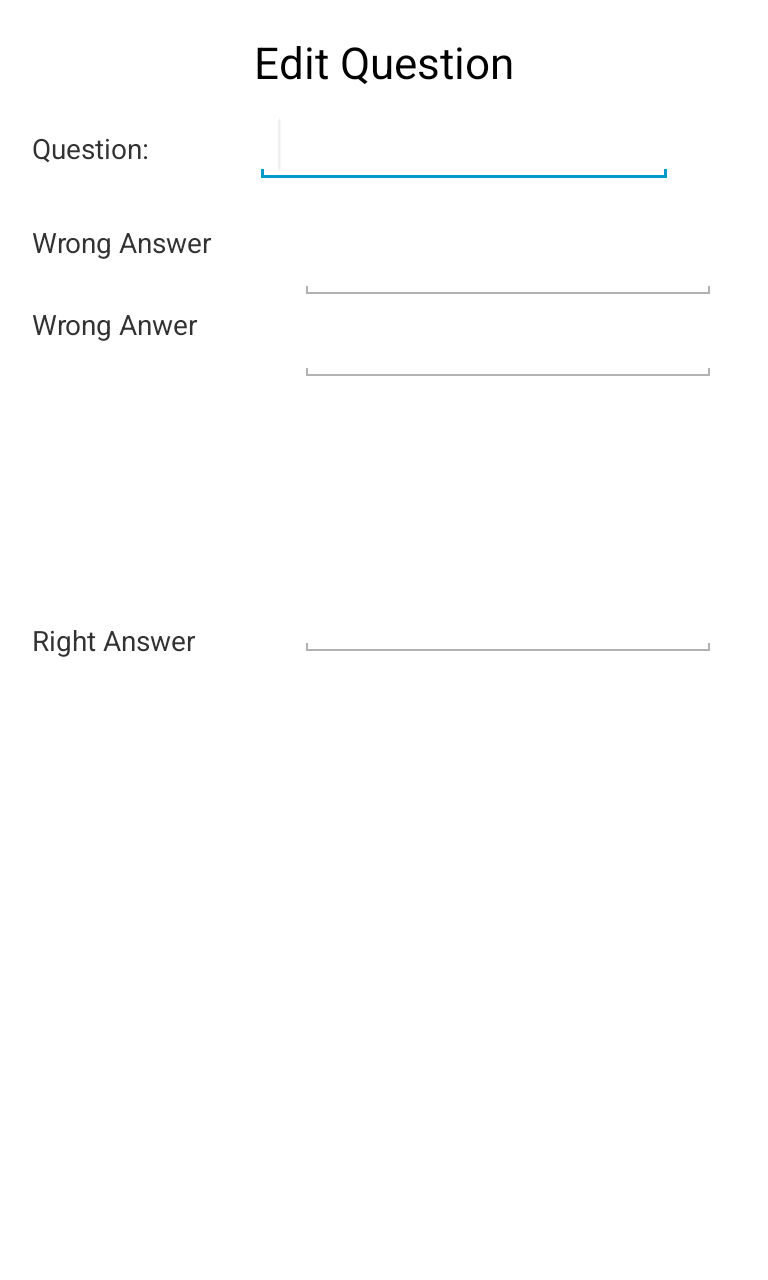
Repository: Sharkeysps/AndroidProjects
Layout: AndroidQuiz/Quiz/res/layout/activity_edit_question.xml
These files come from the project's save history. The layout is drawn as it stood at one moment and after the next save; the edit follows.
It is drawn on a 768 x 1280 px phone screen (xhdpi) without system bars, with theme AppTheme; the app's code is not run.

Above is the layout before, as saved 2014-01-31 22:42:12.

### AndroidQuiz/Quiz/res/layout/activity_edit_question.xml
<RelativeLayout xmlns:android="http://schemas.android.com/apk/res/android"
    xmlns:tools="http://schemas.android.com/tools"
    android:layout_width="match_parent"
    android:layout_height="match_parent"
    android:paddingBottom="@dimen/activity_vertical_margin"
    android:paddingLeft="@dimen/activity_horizontal_margin"
    android:paddingRight="@dimen/activity_horizontal_margin"
    android:paddingTop="@dimen/activity_vertical_margin"
    tools:context=".EditQuestion" >

    <TextView
        android:id="@+id/textView1"
        android:layout_width="wrap_content"
        android:layout_height="wrap_content"
        android:layout_centerHorizontal="true"
        android:text="Edit Question"
        android:textAppearance="?android:attr/textAppearanceLarge" />

    <TextView
        android:id="@+id/textView2"
        android:layout_width="wrap_content"
        android:layout_height="wrap_content"
        android:layout_below="@+id/textView1"
        android:layout_marginTop="19dp"
        android:text="Question:" />

    <TextView
        android:id="@+id/textView3"
        android:layout_width="wrap_content"
        android:layout_height="wrap_content"
        android:layout_alignLeft="@+id/textView2"
        android:layout_below="@+id/textView2"
        android:layout_marginTop="28dp"
        android:text="Wrong Answer" />

    <TextView
        android:id="@+id/textView4"
        android:layout_width="wrap_content"
        android:layout_height="wrap_content"
        android:layout_alignLeft="@+id/textView3"
        android:layout_below="@+id/textView3"
        android:layout_marginTop="22dp"
        android:text="Wrong Anwer" />

    <EditText
        android:id="@+id/editText1"
        android:layout_width="wrap_content"
        android:layout_height="wrap_content"
        android:layout_alignBaseline="@+id/textView2"
        android:layout_alignBottom="@+id/textView2"
        android:layout_alignLeft="@+id/textView1"
        android:ems="10" >

        <requestFocus />
    </EditText>

    <EditText
        android:id="@+id/editText2"
        android:layout_width="wrap_content"
        android:layout_height="wrap_content"
        android:layout_alignLeft="@+id/editText1"
        android:layout_alignTop="@+id/textView3"
        android:layout_marginLeft="22dp"
        android:ems="10" />

    <EditText
        android:id="@+id/editText3"
        android:layout_width="wrap_content"
        android:layout_height="wrap_content"
        android:layout_alignLeft="@+id/editText2"
        android:layout_alignTop="@+id/textView4"
        android:ems="10" />

    <TextView
        android:id="@+id/textView5"
        android:layout_width="wrap_content"
        android:layout_height="wrap_content"
        android:layout_alignLeft="@+id/textView4"
        android:layout_centerVertical="true"
        android:text="Right Answer" />

    <EditText
        android:id="@+id/editText4"
        android:layout_width="wrap_content"
        android:layout_height="wrap_content"
        android:layout_alignBottom="@+id/textView5"
        android:layout_alignLeft="@+id/editText2"
        android:layout_alignRight="@+id/editText3"
        android:ems="10" />

</RelativeLayout>

Loaded but not shown: AndroidQuiz/Quiz/res/values/styles.xml (common file); AndroidQuiz/Quiz/res/values-v11/styles.xml (common file); AndroidQuiz/Quiz/res/values-v14/styles.xml (common file); AndroidQuiz/Quiz/res/values/dimens.xml (common file)

After the next save:
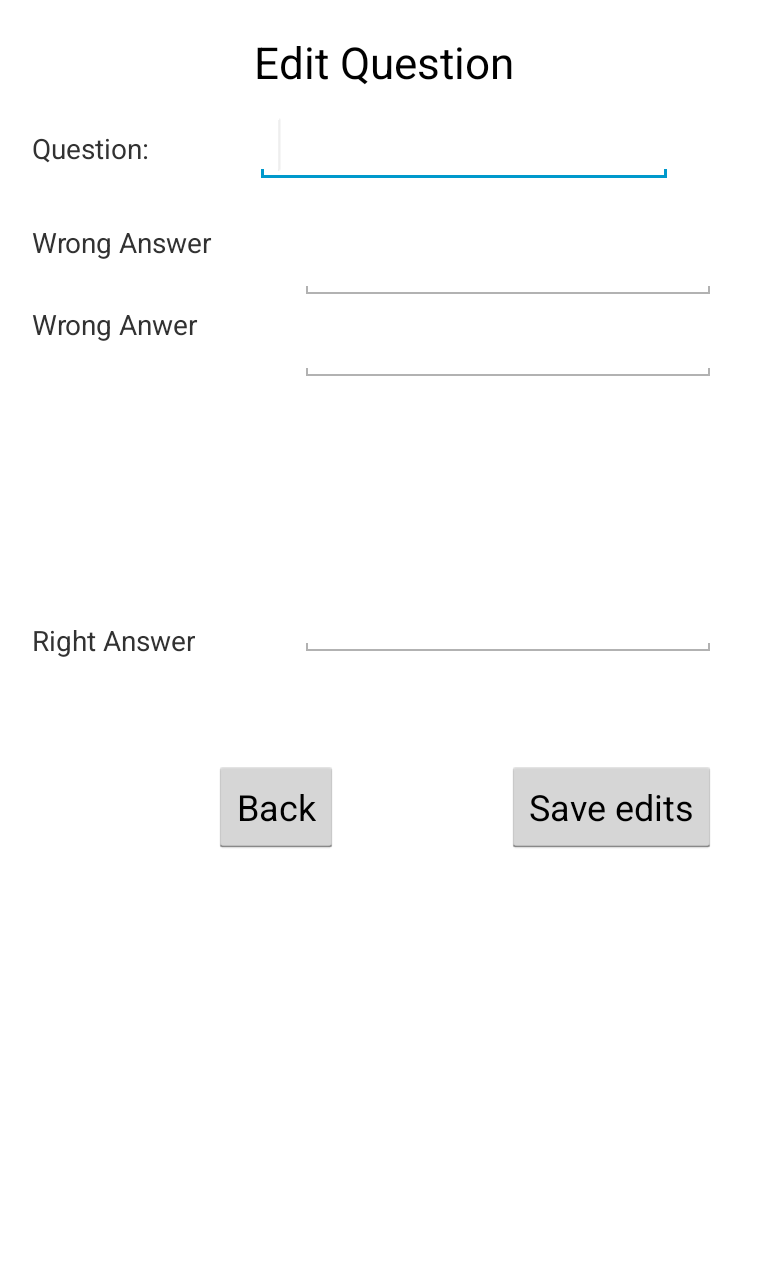
Saved 45 s later.
--- a/AndroidQuiz/Quiz/res/layout/activity_edit_question.xml
+++ b/AndroidQuiz/Quiz/res/layout/activity_edit_question.xml
@@ -88,4 +88,22 @@
         android:layout_alignRight="@+id/editText3"
         android:ems="10" />
 
+    <Button
+        android:id="@+id/button1"
+        android:layout_width="wrap_content"
+        android:layout_height="wrap_content"
+        android:layout_alignRight="@+id/editText4"
+        android:layout_below="@+id/editText4"
+        android:layout_marginTop="50dp"
+        android:text="Save edits" />
+
+    <Button
+        android:id="@+id/button2"
+        android:layout_width="wrap_content"
+        android:layout_height="wrap_content"
+        android:layout_alignBaseline="@+id/button1"
+        android:layout_alignBottom="@+id/button1"
+        android:layout_toRightOf="@+id/textView3"
+        android:text="Back" />
+
 </RelativeLayout>
